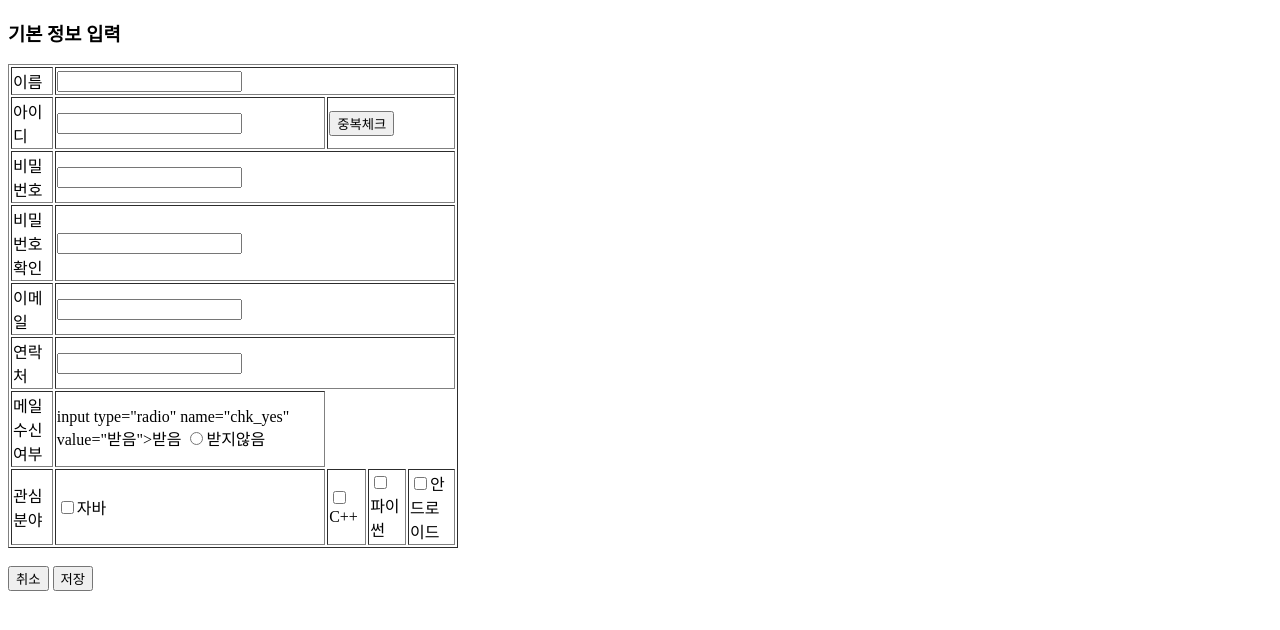
Repository: angelSuho/KCC_Learning_Repo
Page: Html/WebContent/mission03.html
These files come from the project's save history. The page is drawn as it stood at one moment and after the next save; the edit follows.
The browser window is 1280 px wide. The pictures show the whole page.

Above is the page before, as saved 2024-07-08 06:25:26.

After the next save:
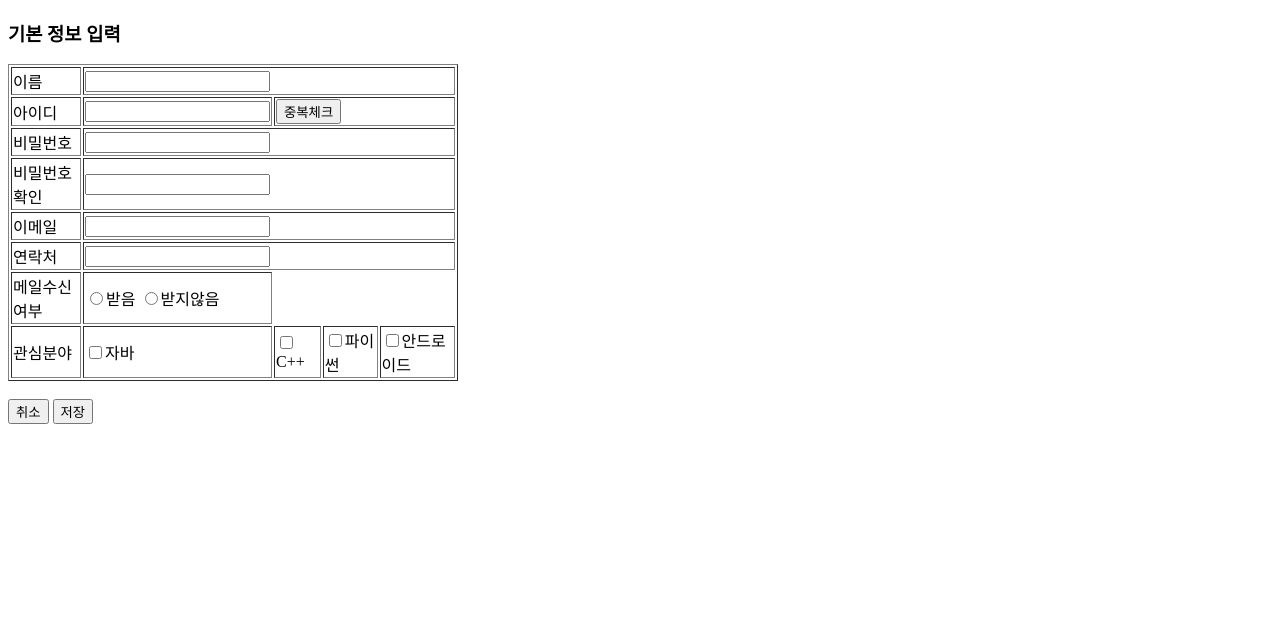
Saved 6 s later.
--- a/Html/WebContent/mission03.html
+++ b/Html/WebContent/mission03.html
@@ -47,7 +47,7 @@
 			</tr>
 			<tr>
 				<td>메일수신여부</td>
-				<td>input type="radio" name="chk_yes" value="받음">받음
+				<td><input type="radio" name="chk_yes" value="받음">받음
 				<input type="radio" name="chk_no" value="받지않음">받지않음</td>
 			</tr>
 			<tr>
